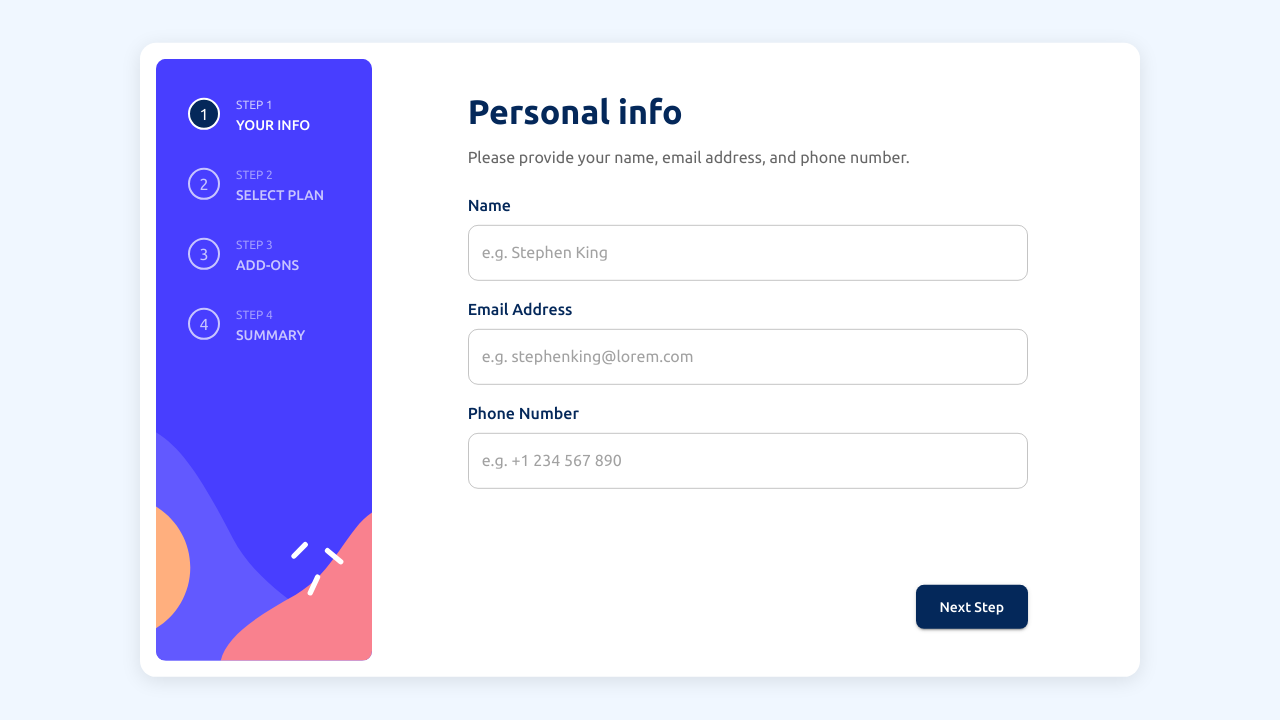
Repository: ozerrrs/chalange7days
Page: / (app in 7dayschalange/7dayschallange/)
An editor plug-in stored every save of this project. The page is shown before and after the next save, followed by the edit.
The browser window is 1280 px wide. The pictures show the whole page.
The project was rebuilt for these pictures with package versions that can differ from the ones it lists, and the page was loaded fresh each time. Also part of the build but not shown: 7dayschalange/7dayschallange/vite.config.js.

Above is the page before, as saved 2025-03-05 14:51:31.

### 7dayschalange/7dayschallange/src/main.jsx
import * as React from "react";
import * as ReactDOM from "react-dom/client";
import { ThemeProvider } from "@mui/material/styles";
import { CssBaseline } from "@mui/material";
import theme from "./theme/theme";
import App from "./App";
import "./index.css";
ReactDOM.createRoot(document.getElementById("root")).render(
  <React.StrictMode>
    <ThemeProvider theme={theme}>
      <CssBaseline />
      <App />
    </ThemeProvider>
  </React.StrictMode>
);

### 7dayschalange/7dayschallange/src/theme/theme.jsx
import { createTheme } from "@mui/material/styles";

const theme = createTheme({
  typography: {
    fontFamily: "'Ubuntu', sans-serif",
    h4: {
      fontWeight: 700,
    },
    h2: {
      fontWeight: 500,
    },
  },
  components: {
    MuiCssBaseline: {
      styleOverrides: `
        body {
          background-color: #f0f7ff;
        }
      `,
    },
  },
});

export default theme;

### 7dayschalange/7dayschallange/src/App.jsx
import { Routes, Route, BrowserRouter } from "react-router-dom";
import FirstPage from "./pages/firstPage";
import "@fontsource/ubuntu/400.css"; // Regular
import "@fontsource/ubuntu/500.css"; // Medium
import "@fontsource/ubuntu/700.css"; // Bold
function App() {
  return (
    <BrowserRouter>
      <Routes>
        <Route path="/" element={<FirstPage />} />
        {/* <Route path="/about" element={<About />} />
          <Route path="/login" element={<Login />} />
          <Route path="/register" element={<Register />} /> */}
      </Routes>
    </BrowserRouter>
  );
}
export default App;

### 7dayschalange/7dayschallange/src/index.css
#root {
  height: 100vh;
  width: 100vw;
  background-color: #f0f7ff;
}

### 7dayschalange/7dayschallange/src/pages/firstPage.jsx
import React, { useState } from "react";
import {
  Box,
  TextField,
  Typography,
  Button,
  Stepper,
  Step,
  StepLabel,
  Paper,
  Container,
  Grid,
  CssBaseline,
} from "@mui/material";
import { styled, ThemeProvider } from "@mui/material/styles";
// Import the background image for the sidebar
import backgroundNav from "../assets/bg-sidebar-desktop.svg"; // Adjust the path as needed

const FormContainer = styled(Paper)(({ theme }) => ({
  padding: theme.spacing(2),
  borderRadius: 16,
  boxShadow: "0px 4px 20px rgba(0, 0, 0, 0.1)",
  display: "flex",
  overflow: "hidden",
  minWidth: 1000,
  margin: "0 auto",
  position: "absolute",
  top: "50%",
  left: "50%",
  transform: "translate(-50%, -50%)",
}));

const SideBar = styled(Box)(({ theme }) => ({
  padding: theme.spacing(4),
  borderRadius: "10px 10px 10px 10px",
  color: "white",
  width: 274,
  position: "relative",
  overflow: "hidden",
  background: "none",
  minHeight: 568,
}));

const ContentArea = styled(Box)(({ theme }) => ({
  paddingLeft: theme.spacing(12),
  paddingRight: theme.spacing(12),
  paddingTop: theme.spacing(4),
  paddingBottom: theme.spacing(4),
  width: "100%",
}));

const NextButton = styled(Button)(({ theme }) => ({
  backgroundColor: "#04285a",
  color: "white",
  borderRadius: 8,
  padding: "10px 24px",
  textTransform: "none", // This prevents uppercase text

  "&:hover": {
    backgroundColor: "#172b4d",
  },
}));
const StyledTextField = styled(TextField)(({ theme }) => ({
  marginBottom: theme.spacing(2),
  "& .MuiOutlinedInput-root": {
    borderRadius: "10px",
    "& fieldset": {
      borderRadius: "10px",
    },
  },
}));

const StepNumber = styled(Box)(({ theme, active }) => ({
  width: 32,
  height: 32,
  borderRadius: "50%",
  border: "2px solid white",
  display: "flex",
  alignItems: "center",
  justifyContent: "center",
  marginRight: theme.spacing(2),
  backgroundColor: active ? "#04285a" : "transparent", // Blue background when active
  color: active ? "white" : "white",
}));

const StepItem = styled(Box)(({ theme, active }) => ({
  display: "flex",
  alignItems: "center",
  marginBottom: theme.spacing(3),
  opacity: active ? 1 : 0.7,
}));

const steps = [
  { label: "YOUR INFO", description: "Personal details" },
  { label: "SELECT PLAN", description: "Choose your plan" },
  { label: "ADD-ONS", description: "Add extra features" },
  { label: "SUMMARY", description: "Review your order" },
];

function MultiStepForm() {
  const [activeStep, setActiveStep] = useState(0);
  const [formData, setFormData] = useState({
    name: "",
    email: "",
    phone: "",
  });

  const handleInputChange = (e) => {
    const { name, value } = e.target;
    setFormData({
      ...formData,
      [name]: value,
    });
  };

  const handleNext = () => {
    setActiveStep((prevActiveStep) => prevActiveStep + 1);
  };

  const handleBack = () => {
    setActiveStep((prevActiveStep) => prevActiveStep - 1);
  };

  const getStepContent = (step) => {
    switch (step) {
      case 0:
        return (
          <Box>
            <Typography
              variant="h4"
              gutterBottom
              fontWeight="bold"
              sx={{ color: "#04285a" }}
            >
              Personal info
            </Typography>
            <Typography color="textSecondary" paragraph>
              Please provide your name, email address, and phone number.
            </Typography>

            <Box mt={3}>
              <Typography fontWeight={500} mb={1} sx={{ color: "#04285a" }}>
                Name
              </Typography>
              <StyledTextField
                fullWidth
                placeholder="e.g. Stephen King"
                name="name"
                value={formData.name}
                onChange={handleInputChange}
                variant="outlined"
              />

              <Typography fontWeight={500} mb={1} sx={{ color: "#04285a" }}>
                Email Address
              </Typography>

              <StyledTextField
                fullWidth
                placeholder="e.g. stephenking@lorem.com"
                name="email"
                value={formData.email}
                onChange={handleInputChange}
                variant="outlined"
              />

              <Typography fontWeight={500} mb={1} sx={{ color: "#04285a" }}>
                Phone Number
              </Typography>

              <StyledTextField
                fullWidth
                placeholder="e.g. +1 234 567 890"
                name="phone"
                value={formData.phone}
                onChange={handleInputChange}
                variant="outlined"
                sx={{ mb: 8 }}
              />
            </Box>
          </Box>
        );
      case 1:
        return (
          <Box>
            <Typography
              variant="h4"
              gutterBottom
              fontWeight="bold"
              sx={{ color: "#04285a" }}
            >
              Select your plan
            </Typography>
            <Typography color="textSecondary" paragraph>
              You have the option of monthly or yearly billing.
            </Typography>

            {/* Plan selection content will go here */}
            <Box mt={3} sx={{ display: "flex", gap: 2 }}>
              {/* Example plan cards would go here */}
              <Paper
                sx={{
                  p: 2,
                  borderRadius: 2,
                  flex: 1,
                  border: "1px solid #ccc",
                }}
              >
                <Typography fontWeight="bold" sx={{ color: "#04285a" }}>
                  Arcade
                </Typography>
                <Typography color="textSecondary">$9/mo</Typography>
              </Paper>

              <Paper
                sx={{
                  p: 2,
                  borderRadius: 2,
                  flex: 1,
                  border: "1px solid #ccc",
                }}
              >
                <Typography fontWeight="bold" sx={{ color: "#04285a" }}>
                  Advanced
                </Typography>
                <Typography color="textSecondary">$12/mo</Typography>
              </Paper>

              <Paper
                sx={{
                  p: 2,
                  borderRadius: 2,
                  flex: 1,
                  border: "1px solid #ccc",
                }}
              >
                <Typography fontWeight="bold" sx={{ color: "#04285a" }}>
                  Pro
                </Typography>
                <Typography color="textSecondary">$15/mo</Typography>
              </Paper>
            </Box>
          </Box>
        );
      case 2:
        return (
          <Box>
            <Typography
              variant="h4"
              gutterBottom
              fontWeight="bold"
              sx={{ color: "#04285a" }}
            >
              Pick add-ons
            </Typography>
            <Typography color="textSecondary" paragraph>
              Add-ons help enhance your gaming experience.
            </Typography>
          </Box>
        );
      case 3:
        return (
          <Box>
            <Typography
              variant="h4"
              gutterBottom
              fontWeight="bold"
              sx={{ color: "#04285a" }}
            >
              Summary
            </Typography>
            <Typography color="textSecondary" paragraph>
              Please confirm your selections.
            </Typography>
          </Box>
        );
      default:
        return "Unknown step";
    }
  };

  return (
    <FormContainer>
      <SideBar>
        <Box
          sx={{
            position: "absolute",
            top: 0,
            left: 0,
            width: "100%",
            height: "100%",
            zIndex: 0,
          }}
        >
          <img
            src={backgroundNav}
            alt="background"
            style={{ width: "100%", height: "100%", objectFit: "cover" }}
          />
        </Box>
        <Box sx={{ position: "relative", zIndex: 1 }}>
          {steps.map((step, index) => (
            <StepItem key={index} active={activeStep === index}>
              <StepNumber active={activeStep === index}>{index + 1}</StepNumber>

              <Box>
                <Typography variant="caption" sx={{ opacity: 0.7 }}>
                  STEP {index + 1}
                </Typography>
                <Typography variant="subtitle2">{step.label}</Typography>
              </Box>
            </StepItem>
          ))}
        </Box>
      </SideBar>

      <ContentArea>
        {getStepContent(activeStep)}

        <Box sx={{ display: "flex", justifyContent: "flex-end", mt: 4 }}>
          {activeStep !== 0 && (
            <Button onClick={handleBack} sx={{ mr: 1 }}>
              Back
            </Button>
          )}
          <NextButton variant="contained" onClick={handleNext}>
            Next Step
          </NextButton>
        </Box>
      </ContentArea>
    </FormContainer>
  );
}

export default MultiStepForm;

Loaded but not shown: 7dayschalange/7dayschallange/index.html (common file)

After the next save:
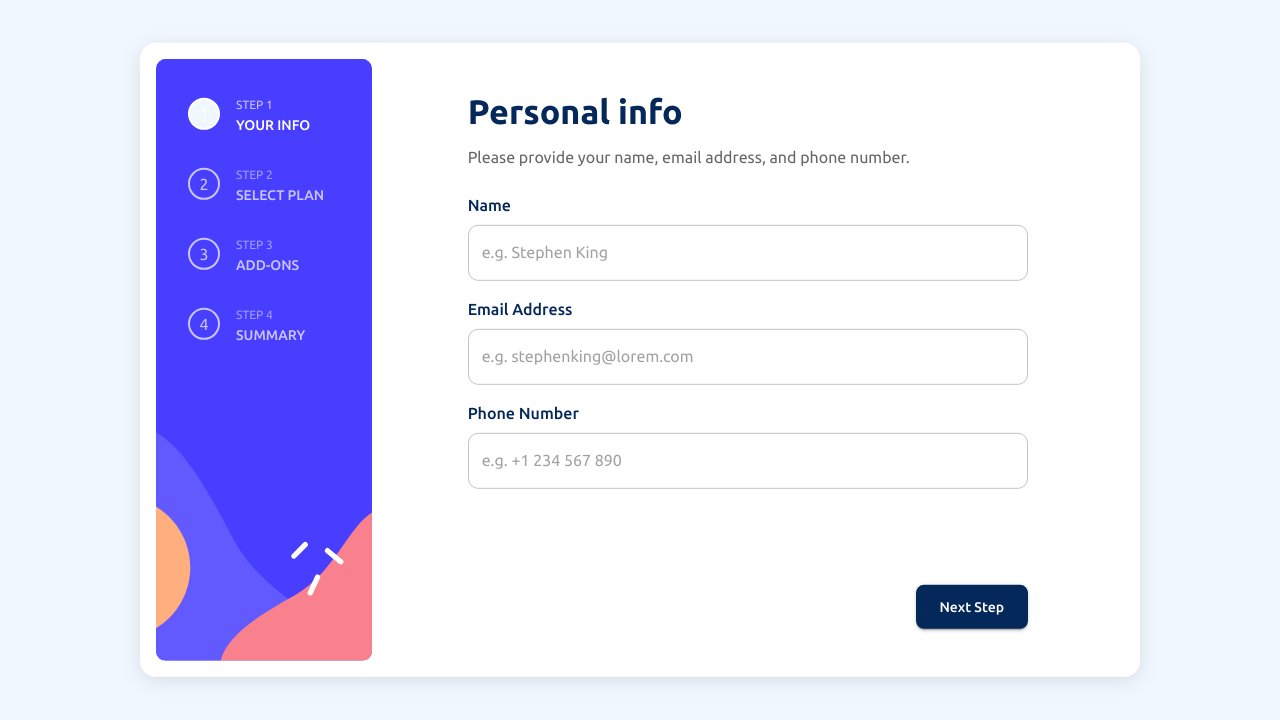
Saved 70 s later.
--- a/7dayschalange/7dayschallange/src/pages/firstPage.jsx
+++ b/7dayschalange/7dayschallange/src/pages/firstPage.jsx
@@ -79,7 +79,7 @@ const StepNumber = styled(Box)(({ theme, active }) => ({
   alignItems: "center",
   justifyContent: "center",
   marginRight: theme.spacing(2),
-  backgroundColor: active ? "#04285a" : "transparent", // Blue background when active
+  backgroundColor: active ? "#f0f7ff" : "transparent", // Blue background when active
   color: active ? "white" : "white",
 }));
 
